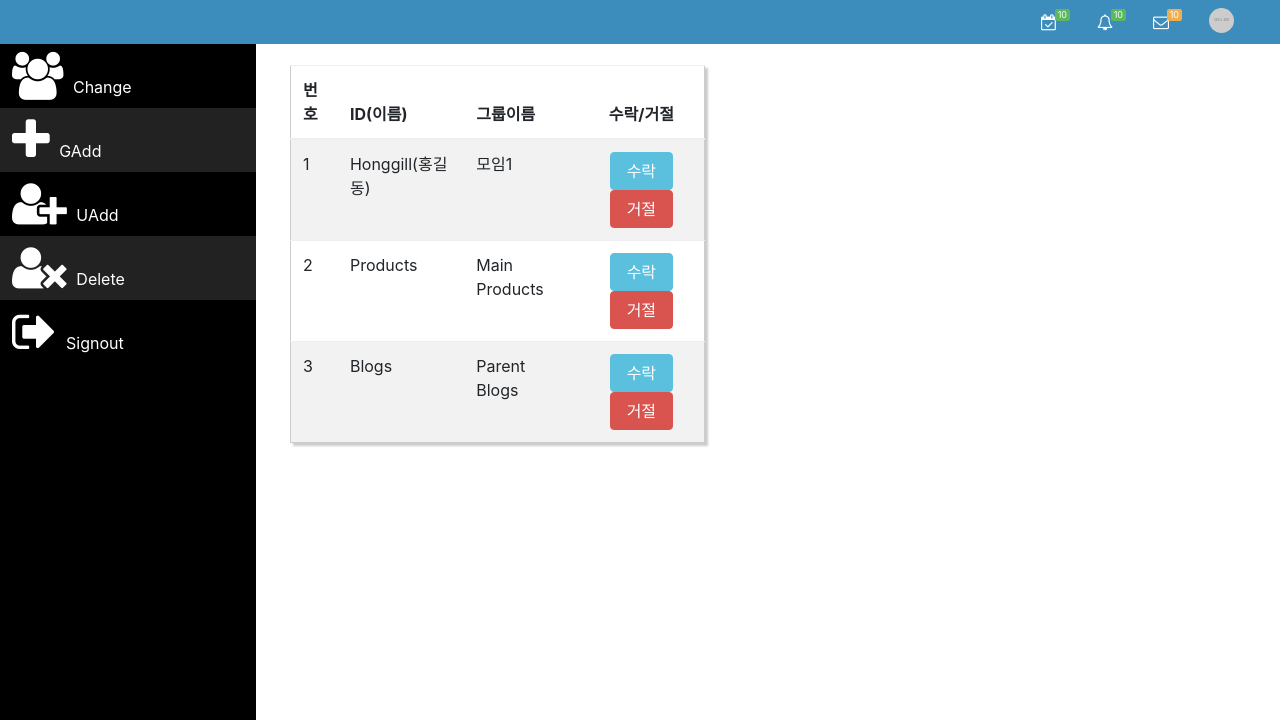
Repository: lukawitch/graduatedchat
Page: http://localhost/Graduated/WEB-INF/views/messageview.jsp
An editor plug-in stored every save of this project. The page is shown before and after the next save, followed by the edit.
The browser window is 1280 px wide. The pictures show the whole page.
The page is served by Tomcat 9. Nobody is signed in. The template is opened directly, without the code that normally fills it, so the values that code supplies are empty.

Above is the page before, as saved 2019-06-04 11:40:24.

After the next save:
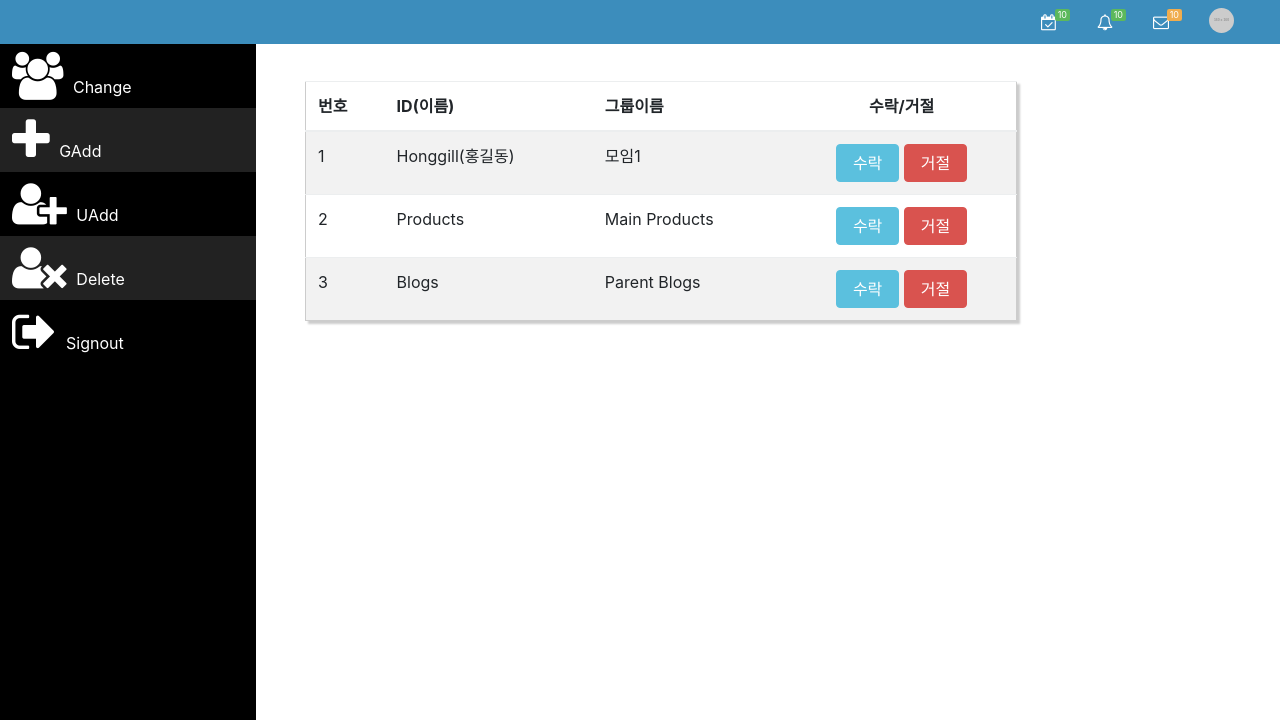
Saved 102 s later.
--- a/Graduated/src/main/webapp/WEB-INF/views/messageview.jsp
+++ b/Graduated/src/main/webapp/WEB-INF/views/messageview.jsp
@@ -28,7 +28,8 @@
 <div class="col-2"></div>
 			<div class="col-10">
 <div class="container">
-    <div class="row col-md-6 col-md-offset-2 custyle">
+    		<div class="col-md-1"></div>
+    <div class="col-md-10 col-md-offset-2 custyle">
     <table class="table table-striped custab">
     <thead>
 
